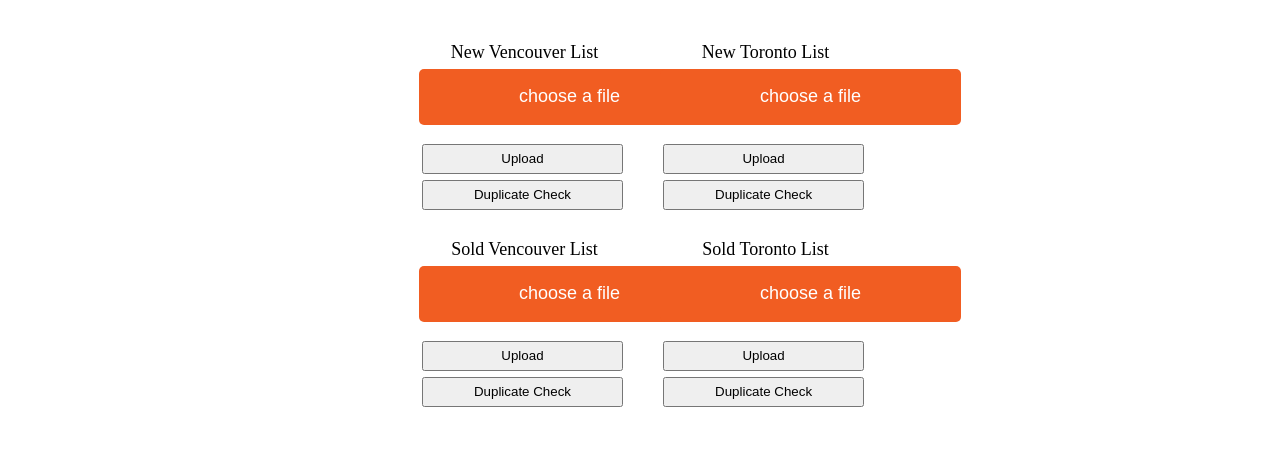
Repository: ah-sabbir/TIAM
Page: src/index.html
An editor plug-in stored every save of this project. The page is shown before and after the next save, followed by the edit.
The browser window is 1280 px wide. The pictures show the whole page.

Above is the page before, as saved 2022-05-16 17:22:00.
Console error: TypeError: Cannot read properties of null (reading 'addEventListener')

After the next save:
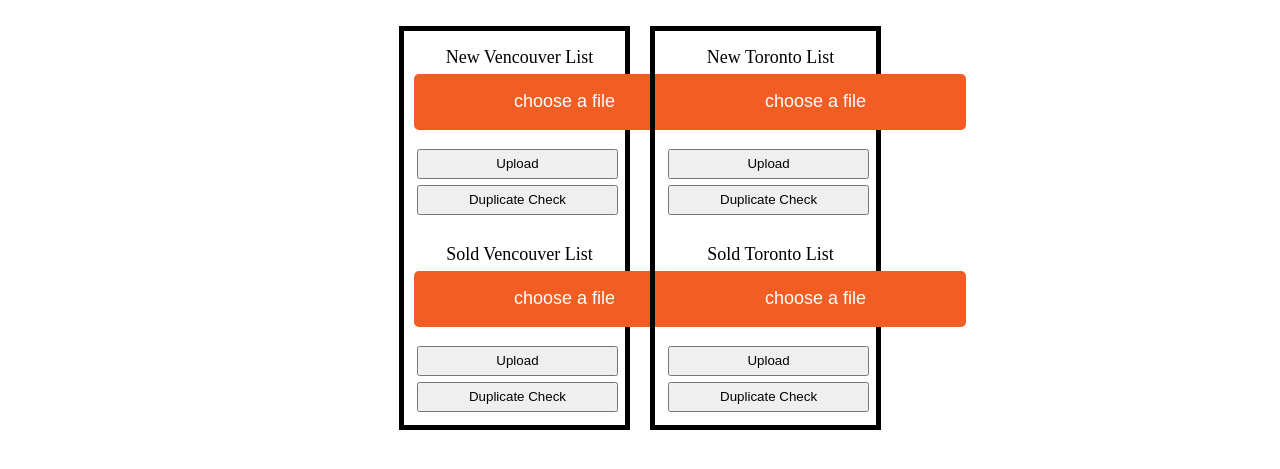
Saved 13 s later.
--- a/src/index.css
+++ b/src/index.css
@@ -13,6 +13,7 @@
     display: flex;
     flex-direction: column;
     margin: 10px;
+    border: solid 5px black;
 }
 
 .box{
